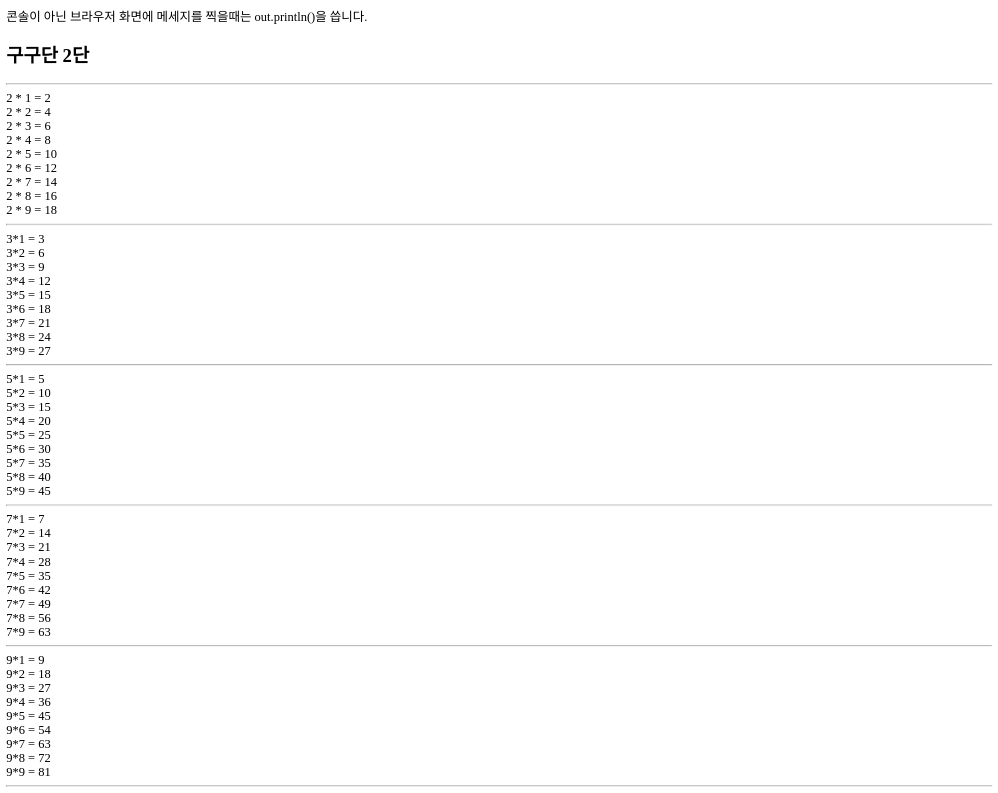
Repository: limbbbyoung/JSP_practice
Page: http://localhost/JSPbasic/jsptag/scriptlet.jsp
An editor plug-in stored every save of this project. The page is shown before and after the next save, followed by the edit.
The browser window is 1280 px wide. The pictures show the whole page, at 78% of full size.
The page is served by Tomcat 9.

Above is the page before, as saved 2022-03-22 11:56:31.

### JSPbasic/src/main/webapp/jsptag/scriptlet.jsp
<%@ page language="java" contentType="text/html; charset=UTF-8"
    pageEncoding="UTF-8"%>
<!DOCTYPE html>
<html>
<head>
<meta charset="UTF-8">
<title>Insert title here</title>
</head>
<body>
     <% System.out.println("콘솔에 메세지를 찍을때는 System.out.println()을 씁니다.");
     out.println("콘솔이 아닌 브라우저 화면에 메세지를 찍을때는 out.println()을 씁니다."); %>
     <h2>구구단 2단</h2><hr/>
     <%
        // 구구단 2단을 브라우저에 출력해주세요.
        for(int i = 1; i < 10; i++){
        	out.println("2 * " + i + " = " + 2*i +"<br/>");
        }
     %>
     <hr/>
     <!-- 반복문과 조건문을 이용하여 구구단 홀수단(3, 5, 7, 9)을 화면에 출력해주세요. -->
     <%
        // 구구단 홀수단
        for(int i = 3; i < 10; i++){
        	if(i%2==0){
        		continue;
        	}
        	for(int j = 1; j < 10; j++){
        		out.println(i + "*" + j + " = " + i * j + "<br/>");
        	}
        	out.println("<hr/>");
        }
     %>
</body>
</html>

After the next save:
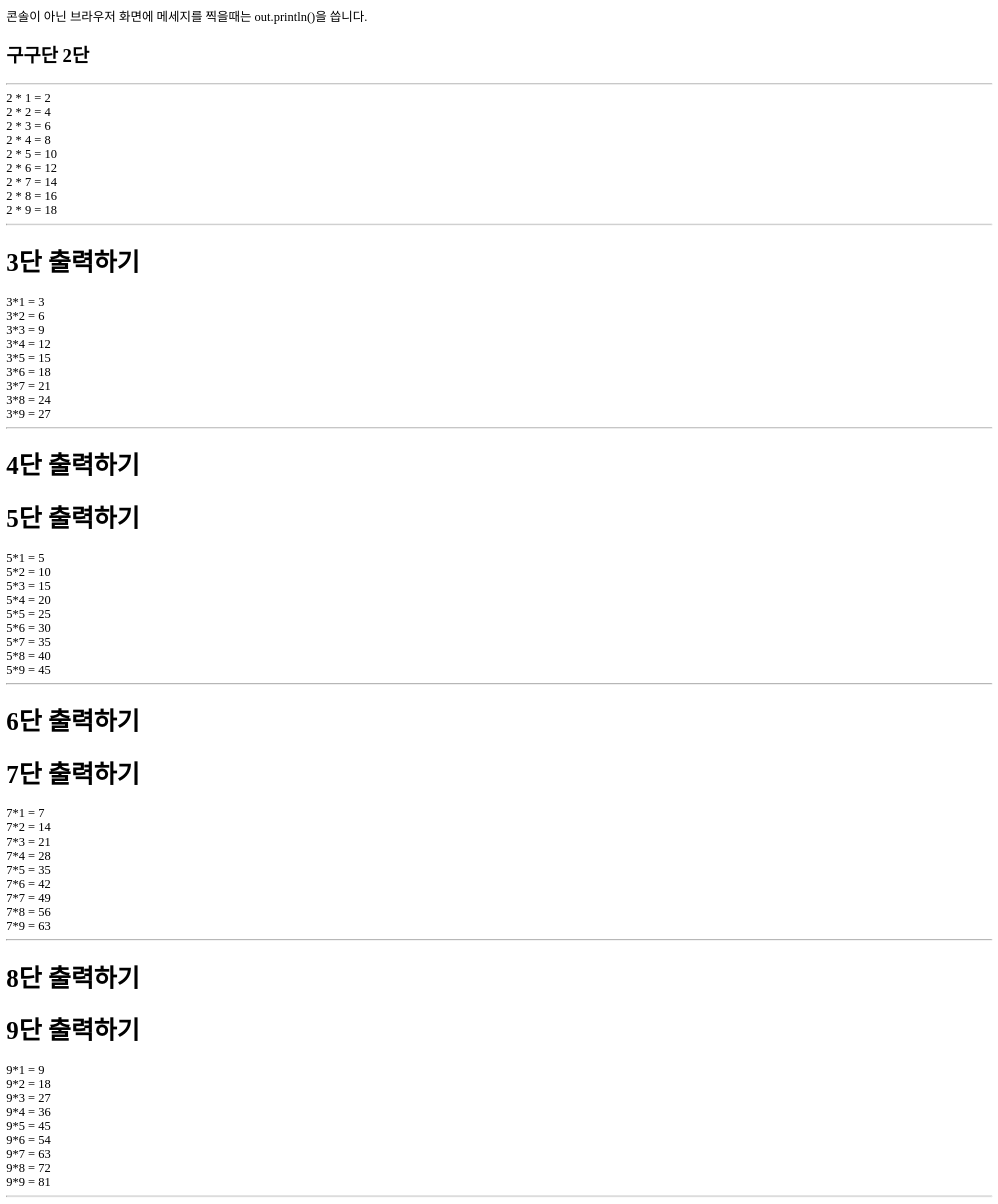
Saved 12 min 4 s later.
--- a/JSPbasic/src/main/webapp/jsptag/scriptlet.jsp
+++ b/JSPbasic/src/main/webapp/jsptag/scriptlet.jsp
@@ -21,6 +21,7 @@
      <%
         // 구구단 홀수단
         for(int i = 3; i < 10; i++){
+        	out.println("<h1>" + i + "단 출력하기</h1>");
         	if(i%2==0){
         		continue;
         	}
